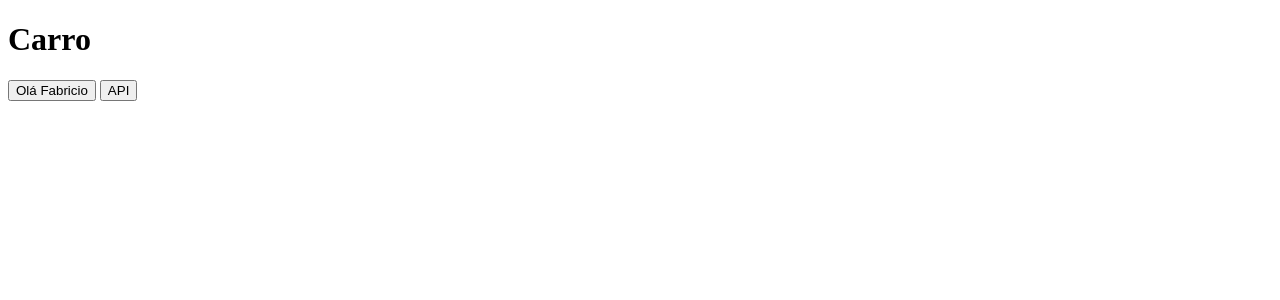
Repository: KennedyWanderson/applying-API
Page: index.html
An editor plug-in stored every save of this project. The page is shown before and after the next save, followed by the edit.
The browser window is 1280 px wide. The pictures show the whole page.

Above is the page before, as saved 2024-01-14 15:28:10.

After the next save:
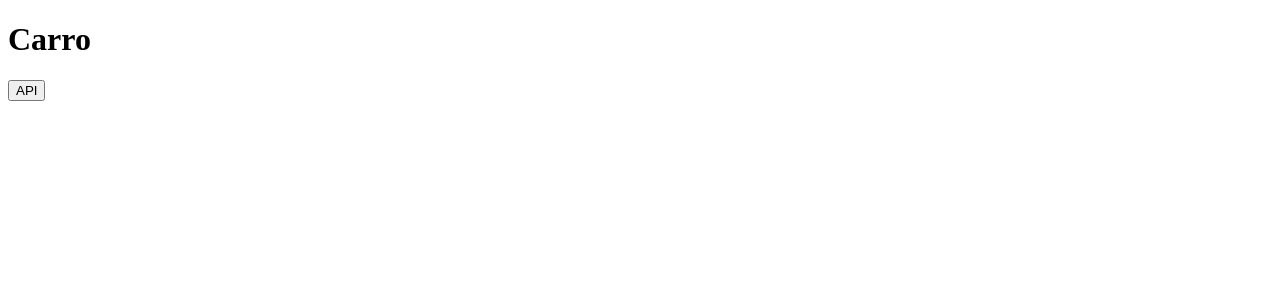
Saved 24 h 46 min later.
--- a/index.html
+++ b/index.html
@@ -21,7 +21,6 @@
             <input type="text" id="link">
             <input type="text" id="link"> -->
 
-            <button onclick="Teste()">Olá Fabricio</button>
             <button onclick="Get()">API</button>
     </body>
         <script src="./index.js"></script>
